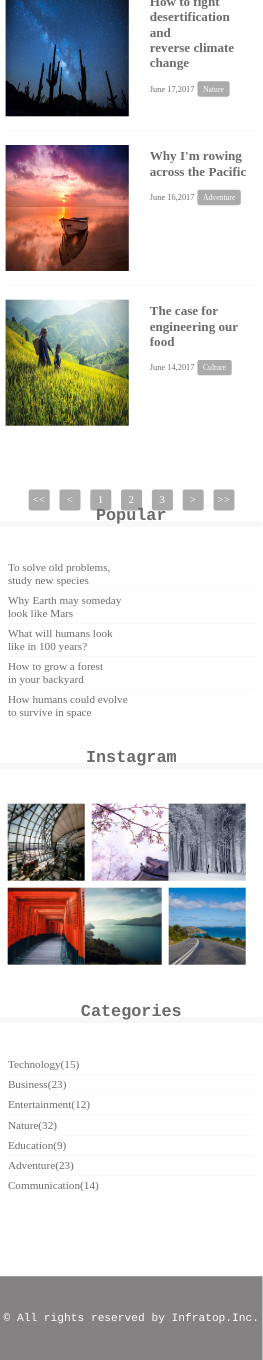
Repository: Kaori199701/-1
Page: caravan/index.html
The author's editor kept a record of every edit. The page is drawn from the files as they stood at one moment, then again after the next edit.
The browser window is 375 px wide. The pictures show the part of the page from y = 763 to 3003 px (the page is 2706 px tall before and 3003 px after), at 70% of full size.
Some web libraries are served in a nearby version.

Above is the page before.

### caravan/index.html
<!DOCTYPE html>
<html lang="ja">
  <head>
    <meta charset="UTF-8" />
    <meta name="viewport" content="width=device-width,initial-scale=1.0">
    <!-- FontAwesomeの読み込み -->
    <script src="https://kit.fontawesome.com/28849d95ea.js" crossorigin="anonymous"></script>

    <!-- CSSファイルの読み込み -->
    <link rel="stylesheet" href="style.css" />
    <title>CARAVAN</title>
  </head>

  <body>
     <!-- header -->
    <header>
      <hi class="heading">
        <a href="index.html">
          CARAVAN
        </a>
      </hi>

      <div class="social">
         <i class="fab fa-facebook-square"></i>
         <i class="fab fa-twitter-square"></i>
         <i class="fab fa-instagram"></i>
      </div>
    </header>

    <! --navigation-->
    <nav>
      <ul class="nav-list">
        <li class="nav-list-item">
          <a href="index.html">Home</a>
        </li>
        <li class="nav-list-item">About</li>
        <li class="nav-list-item">Topic</li>
      </ul>
    </nav>

     <!-- main-visual用のdiv -->
     <div class="main-visual">
       <div class="main-visual-content">
       <!-- pタグ（と文字）を追加 -->
        <p class="main-visual-text">
         The world is a book<br />
         and those who do not travel<br />
         read only one page.
        </p>
        <p class="main-visual-name">
         St. Augustine
        </p>
       </div>
     </div>

     <!-- main用のdiv -->
     <main>
       <!-- ブログ(左側) -->
       <section class="blog">
        <h2 class="blog-heading">Recent Blogs</h2>

        <div class="blog-box">

         <!-- 1コ目の記事-->
         <div class="blog-item">
           <img class="blog-image" src="img/forest.jpg">
           <section class="blog-text">
             <h3 class="blog-text-heading">
               <a href="single.html">
                Hopeful lessons from<br>
                the battle to save<br>
                rainforests
               </a>
             </h3>
             <p class="blog-date">June 19,2017</p>
             <span class="category">Nature</span>
           </section>
          </div>

         <!-- 2コ目の記事-->
          <div class="blog-item">
           <img class="blog-image" src="img/desert.jpg">
           <section class="blog-text">
             <h3 class="blog-text-heading">
               <a href="single.html">
                How to fight<br>
                desertification and<br>
                reverse climate change
               </a>
             </h3>
             <p class="blog-date">June 17,2017</p>
             <span class="category">Nature</span>
           </section>
          </div>

        <!-- 3コ目の記事-->
         <div class="blog-item">
           <img class="blog-image" src="img/sunset.jpg">
           <section class="blog-text">
             <h3 class="blog-text-heading">
               <a href="single.html">
                Why I'm rowing<br>
                across the Pacific
               </a>
             </h3>
             <p class="blog-date">June 16,2017</p>
             <span class="category">Adventure</span>
           </section>
         </div>

        <!-- 4コ目の記事-->
         <div class="blog-item">
           <img class="blog-image" src="img/asia.jpg">
           <section class="blog-text">
             <h3 class="blog-text-heading">
               <a href="single.html">
                 The case for<br>
                 engineering our food
               </a>
             </h3>
             <p class="blog-date">June 14,2017</p>
             <span class="category">Culture</span>
           </section>
          </div>
         </div>
         <div class="pagination">
            <p><<</p>
            <p><</p>
            <p>1</p>
            <p>2</p>
            <p>3</p>
            <p>></p>
            <p>>></p>
         </div>
       </section>

       <!-- サイドバー(右側) -->
       <div class="sidebar">
        <selection class="popular">
          <h2 class="popular-heading common-heading">Popular</h2>
           <div class="sidebar-contents">
             <p class="popular-text">To solve old problems,<br>study new species</p>
             <p class="popular-text">Why Earth may someday<br>look like Mars</p>
             <p class="popular-text">What will humans look<br>like in 100 years?</p>
             <p class="popular-text">How to grow a forest<br>in your backyard</p>
             <p class="popular-text">How humans could evolve<br>to survive in space</p>
           </div>
        </selection>

        <selection class="instagram">
          <h2 class="instagram-heading common-heading">Instagram</h2>
           <div class="sidebar-contents">
             <div class="instagram-box"></div>
             <div class="instagram-box"></div>
             <div class="instagram-box"></div>
             <div class="instagram-box"></div>
             <div class="instagram-box"></div>
             <div class="instagram-box"></div>
           </div>
        </selection>

        <section class="categories">
          <h2 class="categories-heading common-heading">Categories</h2>
           <div class="sidebar-contents">
             <p class="categories-text">Technology(15)</p>
             <p class="categories-text">Business(23)</p>
             <p class="categories-text">Entertainment(12)</p>
             <p class="categories-text">Nature(32)</p>
             <p class="categories-text">Education(9)</p>
             <p class="categories-text">Adventure(23)</p>
             <p class="categories-text">Communication(14)</p>
           </div>
        </selection>

       </div>
     </main>

     <!-- footer -->
     <footer>
       <p class="footer-text">© All rights reserved by Infratop.Inc.</p>
     </footer>
   </body>
</html>

### caravan/style.css
/* ブラウザがそれぞれ持っているCSSをリセットするための記述 */
* {
  margin: 0;
  padding: 0;
  box-sizing: border-box;
  color: #6c6b6b;
}

a {
  text-decoration: none;
}

header, nav, h2, .main-visual, footer {
  font-family: Chalkduster, "Bradley Hand", Courier, "Segoe Print", sans-serif;
}

header {
  width: 90%; /* 横幅90% */
  padding: 15px 0;
  margin: 0 auto;
  text-align: center;
  position: relative; /* #socialの基準位置を相対位置へ変更する */
}

.social {
  position: absolute; /* headerの左上を基準に絶対位置で指定する */
  top: 22px; /* headerの左上から22px下側へ移動する */
  right: 22px; /* headerの右上から22px左側へ移動する */
}

.social i {
  display: inline-block;
  margin-left: 20px;
}

header.heading {/* headerタグ内のheadingクラスにのみ反映される */
  font-size: 32px;
}

.nav-list {
  text-align: center;
  padding: 10px 0;
  margin: 0 auto;
}

.nav-list-item {
  list-style: none;
  display: inline-block;
  margin: 0 20px;
}


.main-visual {
  width: 100%; /* 横幅いっぱい */
  height: 300px; /* 高さ300px */
  background-image: url(img/mv.jpg);
  background-size: cover;/* 縦横比を維持したまま背景領域を埋め尽くす */
  background-position:center;/* 背景画像を中央に配置 */
}

.main-visual-content {
  width: 40%; /* 横幅40% */
  height: 300px; /* 親の高さに揃える */
  background-color: rgba(0,0,0,0.5);/* 背景色を半透明の黒にする */
  text-align: center; /* 文字を中央揃えにする */
  padding-top: 105px;/* 上側の内側余白で垂直方向の位置を調整(上105px空白にする) */
}

.main-visual-text {
  color: #fff; /* 文字色を白に変更 */
}

.main-visual-name {
  margin-top: 30px; /* 上側の外側の余白 */
  color: #fff; /* 文字色を白に変更 */
}


main {
  width: 800px; /* 横幅800px */
  display: flex; /* Flexboxの利用 */
  justify-content: center; /* 要素の横並び・中央寄せ */
  margin: 0 auto; /* 要素の中央揃え */
  padding: 70px 0; /* 上下に70px、左右に0pxの内側余白 */
}

.blog {
  width: 540px;
  margin-right: 30px;/* 領域の右側余白30px*/

}

.blog-heading {
  border-bottom: 8px solid #f7f7f7;
  text-align: center;
  line-height: 0.6;
}

.blog-box {
  padding-top: 50px;
}

.blog-item {
  padding-bottom: 20px;
  margin-bottom: 20px;
  border-bottom: 1px solid #f7f7f7;
  display: flex; /* Flexboxの利用 */
  justify-content: flex-start;
}

.blog-image{
  height: 180px;
}

.blog-text {
  padding: 25px 0 0 30px;
}

.blog-text-heading {
  padding-bottom: 15px;
}

.blog-date {
  font-size: 12px;
  display: inline-block;
}

.category {
  display: inline-block;
  padding: 5px 8px;
  background-color: #acabab;
  border-radius: 3px;
  color: #fff;
  font-size: 11px;
}

.pagination {
  text-align: center;
  padding-top: 50px;
}

.pagination p {
  display: inline-block;
  width: 30px;
  height: 30px;
  margin: 0 5px;
  color: #fff;
  background-color: #acabab;
  border-radius: 3px;
  line-height: 30px;
}


.sidebar {
  width: 230px;
}

.common-heading {
  border-bottom: 8px solid #f7f7f7;
  text-align: center;
  line-height: 0.6;
}

.sidebar-contents {
  padding: 50px 0;
}

.popular-text,
.categories-text {
  padding-bottom: 5px;
  border-bottom: 1px solid #f7f7f7;
  margin-bottom: 5px;
}

.popular-text:last-child,
.categories-text:last-child {
  margin: 0;
  padding: 0;
  border: none;
}

.instagram .sidebar-contents {
  display: flex;
  flex-wrap: wrap;
}

.instagram-box {
  width: 110px;
  padding-top: 110px;
  background-size: cover;
  background-position: center;
  margin-bottom: 10px;
}

.instagram-box:nth-child(odd) {
  margin: 0 10px 10px 0;
}

.instagram-box:nth-child(1) {
  background-image: url(img/airport.jpg);
}

.instagram-box:nth-child(2) {
  background-image: url(img/japan.jpg);
}

.instagram-box:nth-child(3) {
  background-image: url(img/snow.jpg);
}

.instagram-box:nth-child(4) {
  background-image: url(img/japan2.jpg);
}

.instagram-box:nth-child(5) {
  background-image: url(img/lake.jpg);
}

.instagram-box:nth-child(6) {
  background-image: url(img/road.jpg);
}



footer {
  width: 100%; /* 横幅いっぱい */
  height: 120px; /* 高さ120px */
  text-align: center;
  line-height: 120px;
  background-color: #848282;
}

.footer-text {
  color: #fff;
}


@media screen and (max-width: 425px) {
  header {
    width: 100%;
  }

  .nav-list {
    width: 100%;
  }

  .av-list-item {
    width: 100%;
    margin: 0 0 10px 0;
  }

 .social {
    display: none;
  }

  .main-visual-content {
    width: 100%;
  }

  main {
    width: 100%;
    display: block;
  }

  .blog {
    width: 100%;
    margin: 0;
  }

.blog-box {
  padding-left: 2%;
  padding-right: 2%;
}

.blog-image{
  width: 49%;
}

.blog-text {
  width: 49%;
  padding-top: 5px;
}


.pagination {
  text-align: center;
  padding-top: 50px;
}

.sidebar {
  width: 100%;
}

.sidebar-contents {
  padding-left: 3%;
  padding-right: 3%;
}

.instagram-box {
  width: 110px;
  padding-top: 110px;
  background-size: cover;
  background-position: center;
  margin-bottom: 10px;
}

.instagram-box:nth-child(odd) {
  margin: 0 10px 10px 0;
}

.instagram-box:nth-child(1) {
  background-image: url(img/airport.jpg);
}

.instagram-box:nth-child(2) {
  background-image: url(img/japan.jpg);
}

.instagram-box:nth-child(3) {
  background-image: url(img/snow.jpg);
}

.instagram-box:nth-child(4) {
  background-image: url(img/japan2.jpg);
}

.instagram-box:nth-child(5) {
  background-image: url(img/lake.jpg);
}

.instagram-box:nth-child(6) {
  background-image: url(img/road.jpg);
}



footer {
  width: 100%; /* 横幅いっぱい */
  height: 120px; /* 高さ120px */
  text-align: center;
  line-height: 120px;
  background-color: #848282;
}

.footer-text {
  color: #fff;
}


}

After the next edit:
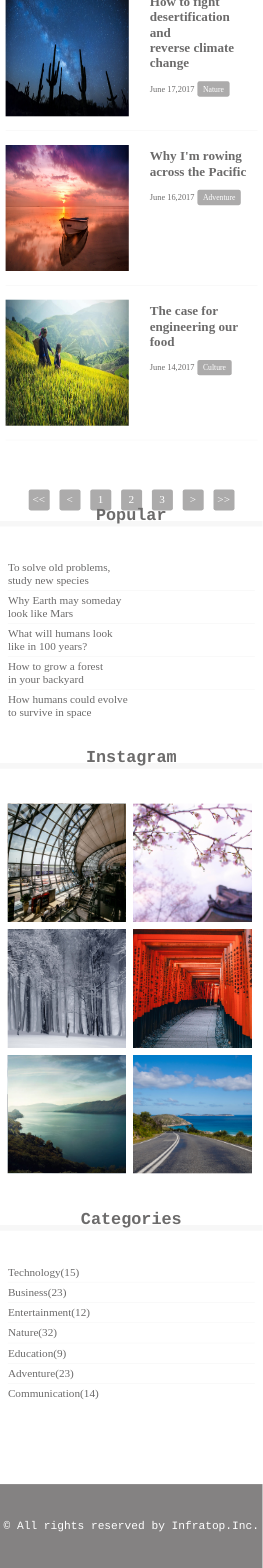
The edit:
--- a/caravan/style.css
+++ b/caravan/style.css
@@ -297,11 +297,8 @@
 }
 
 .instagram-box {
-  width: 110px;
-  padding-top: 110px;
-  background-size: cover;
-  background-position: center;
-  margin-bottom: 10px;
+  width: 48%;
+  padding-top: 48%;
 }
 
 .instagram-box:nth-child(odd) {
